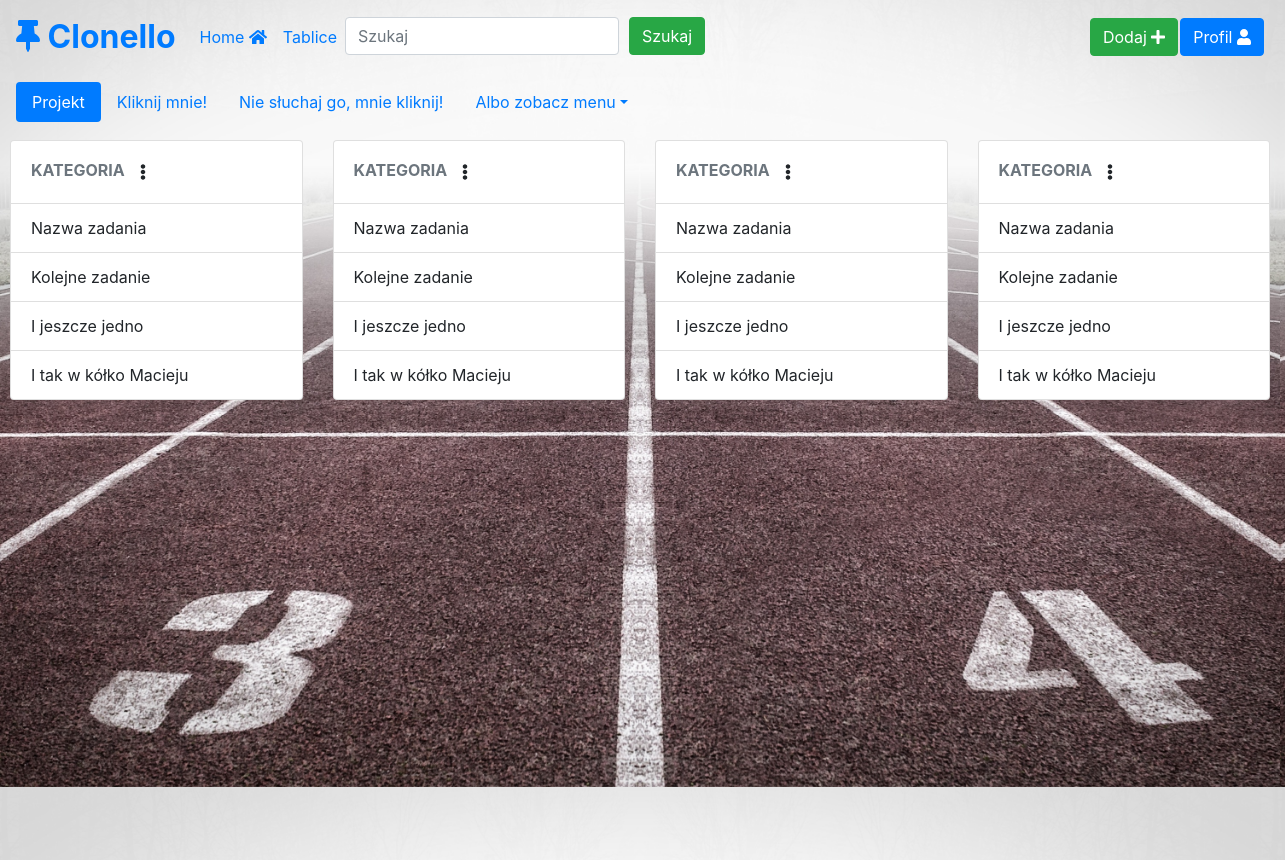
Repository: jnehlt/PAW-lab
Page: / (app in Frontend/clonello/)
The author's editor kept a copy of each file at every save. The page is drawn from the files as they stood at one save, then again after the next save.
The browser window is 1280 px wide. The page is 1285 px wide, so the pictures cover 1285 px, including what lies to the right of the window. The pictures show the whole page.
The project was rebuilt for these pictures with package versions that can differ from the ones it lists, and the page was loaded fresh each time.

Above is the page before, as saved 2020-04-24 22:46:41.

After the next save:
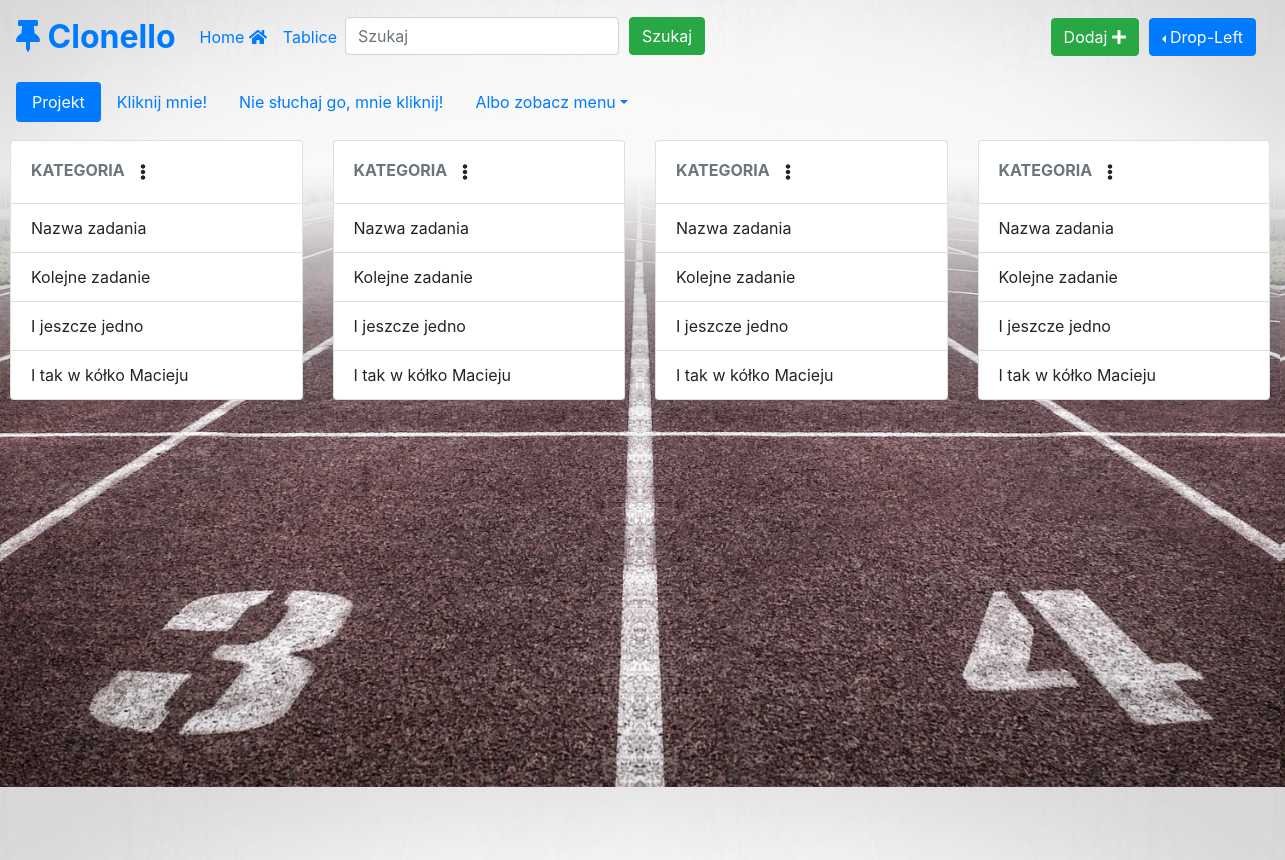
Saved 75 s later.
--- a/Frontend/clonello/src/components/TopHeader.vue
+++ b/Frontend/clonello/src/components/TopHeader.vue
@@ -32,14 +32,11 @@
                 </b-collapse>
               </b-card>
             </b-collapse>
-            <b-button id="dropdown-right" right text="Right align" variant="primary">Profil <i class="fas fa-user"></i></b-button>
-            <b-collapse id="collapse-1" class="mt-2">
-              <b-card>
-                <b-dropdown-item href="#">Action</b-dropdown-item>
-                <b-dropdown-item href="#">Another action</b-dropdown-item>
-                <b-dropdown-item href="#">Something else here</b-dropdown-item>
-              </b-card>
-            </b-collapse>
+            <b-dropdown id="dropdown-dropleft" dropleft text="Drop-Left" variant="primary" class="m-2">
+    <b-dropdown-item href="#">Action</b-dropdown-item>
+    <b-dropdown-item href="#">Another action</b-dropdown-item>
+    <b-dropdown-item href="#">Something else here</b-dropdown-item>
+  </b-dropdown>
           </li>
         </ul>
       </div>
